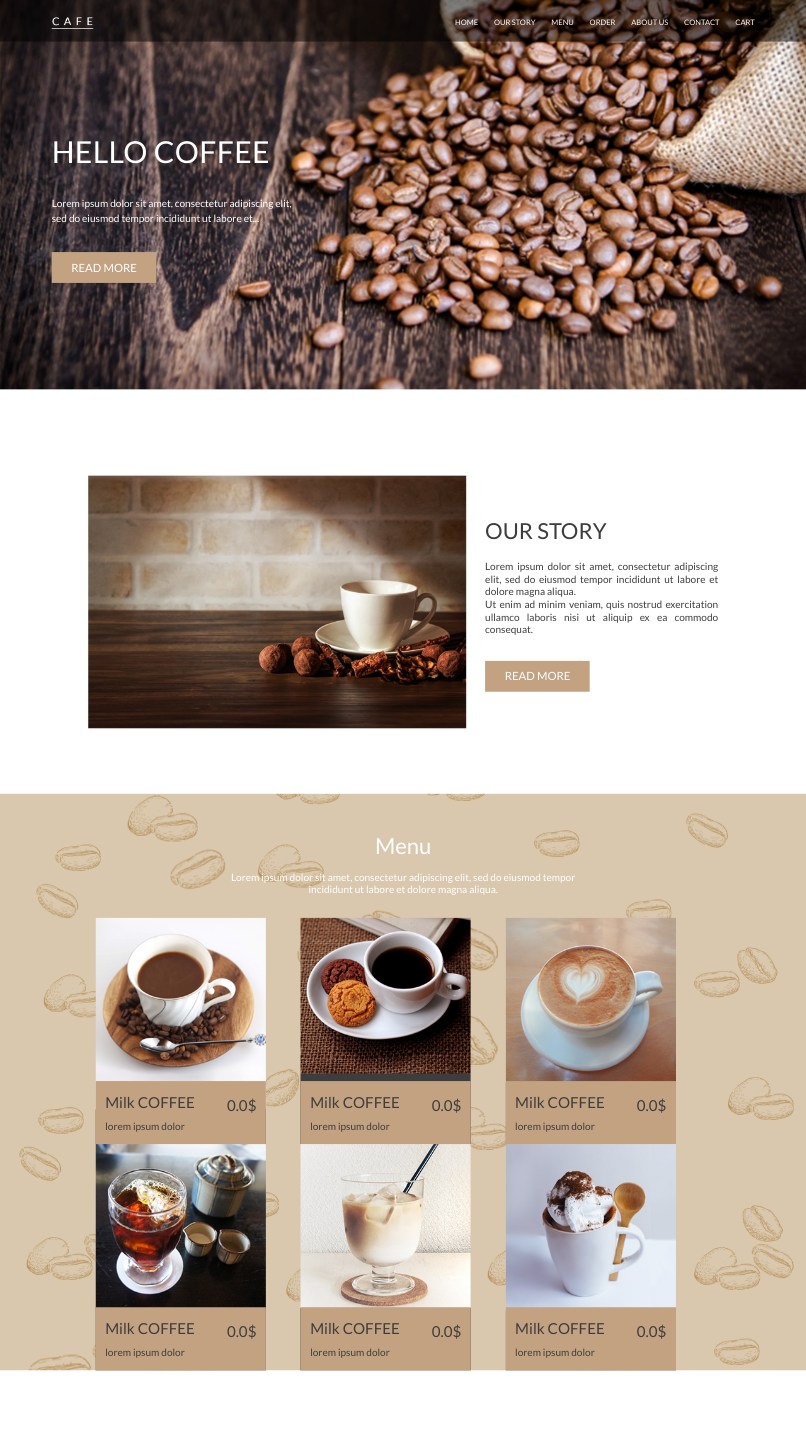
Repository: kuluong2000/coffe
Page: index.html
An editor plug-in stored every save of this project. The page is shown before and after the next save, followed by the edit.
The browser window is 1280 px wide. The pictures show the whole page, at 63% of full size.

Above is the page before, as saved 2021-10-04 21:58:12.

### index.html
<!DOCTYPE html>
<html lang="en">
  <head>
    <meta charset="UTF-8" />
    <meta http-equiv="X-UA-Compatible" content="IE=edge" />
    <meta name="viewport" content="width=device-width, initial-scale=1.0" />
    <link rel="stylesheet" href="./libs/css/bootstrap.min.css" />
    <link rel="stylesheet" href="./libs/css/animate.css" />
    <link rel="stylesheet" href="./libs/css/slick-theme.css" />
    <link rel="stylesheet" href="./libs/css/slick.css" />
    <link rel="stylesheet" href="./Assets/css/reset.css" />
    <link rel="stylesheet" href="./Assets/css/style.css" />
    <link rel="stylesheet" href="./Assets/css/responsive.css" />
    <title>Document</title>
  </head>
  <body>
    <header class="header">
      <div class="container">
        <div class="row">
          <div class="header-main">
            <div class="header-menu">
              <a href="#">
                <img src="./Assets/image/logo.png" alt="" srcset="" />
              </a>
            </div>
            <nav>
              <ul class="header-menu">
                <li class="header-menu-item"><a href="#" class="header-menu-link">Home</a></li>
                <li class="header-menu-item"><a href="#" class="header-menu-link">Our Story</a></li>
                <li class="header-menu-item"><a href="#" class="header-menu-link">Menu</a></li>
                <li class="header-menu-item"><a href="#" class="header-menu-link">Order</a></li>
                <li class="header-menu-item"><a href="#" class="header-menu-link">About Us</a></li>
                <li class="header-menu-item"><a href="#" class="header-menu-link">Contact</a></li>
                <li class="header-menu-item"><a href="#" class="header-menu-link">Cart</a></li>
              </ul>
            </nav>
          </div>
        </div>
      </div>
    </header>
    <main>
      <section class="banner">
        <div class="banner-img">
          <img src="./Assets/image/banner.jpg" alt="" srcset="" />
        </div>
        <div class="container">
          <div class="row">
            <div class="banner-main">
              <div class="banner-content">
                <h1 class="banner-heading">HELLO COFFEE</h1>
                <p class="banner-desc">Lorem ipsum dolor sit amet, consectetur adipiscing elit, sed do eiusmod tempor incididunt ut labore et...</p>
                <a href="#" class="btn"> Read More </a>
              </div>
            </div>
          </div>
        </div>
      </section>
      <section class="story">
        <div class="container">
          <div class="row">
            <div class="story-main">
              <div class="story-media">
                <div class="story-image">
                  <img src="./Assets/image/story.jpg" alt="" />
                </div>
              </div>
              <div class="story-info">
                <div class="story-title">Our Story</div>
                <p class="story-desc">
                  Lorem ipsum dolor sit amet, consectetur adipiscing elit, sed do eiusmod tempor incididunt ut labore et dolore magna aliqua.
                  <br />
                  Ut enim ad minim veniam, quis nostrud exercitation ullamco laboris nisi ut aliquip ex ea commodo consequat.
                </p>
                <a href="#" class="btn">Read More</a>
              </div>
            </div>
          </div>
        </div>
      </section>
      <section class="menu">
        <div class="container">
          <div class="row">
            <div class="menu-main">
              <div class="box">
                <h2 class="title menu-box-title">Menu</h2>
                <p class="desc menu-box-desc">Lorem ipsum dolor sit amet, consectetur adipiscing elit, sed do eiusmod tempor incididunt ut labore et dolore magna aliqua.</p>
              </div>
              <div class="menu-list">
                <div class="menu-item">
                  <div class="menu-item-image">
                    <img src="./Assets/image/menu_img1.jpg" alt="" />
                  </div>
                  <div class="menu-item-info">
                    <div class="menu-item-content">
                      <h2 class="menu-item-name">Milk COFFEE</h2>
                      <p class="menu-item-desc">lorem ipsum dolor</p>
                    </div>
                    <p class="menu-item-price">0.0$</p>
                  </div>
                </div>
                <div class="menu-item">
                  <div class="menu-item-image">
                    <img src="./Assets/image/menu_img2.jpg" alt="" />
                  </div>
                  <div class="menu-item-info">
                    <div class="menu-item-content">
                      <h2 class="menu-item-name">Milk COFFEE</h2>
                      <p class="menu-item-desc">lorem ipsum dolor</p>
                    </div>
                    <p class="menu-item-price">0.0$</p>
                  </div>
                </div>
                <div class="menu-item">
                  <div class="menu-item-image">
                    <img src="./Assets/image/menu_img3.jpg" alt="" />
                  </div>
                  <div class="menu-item-info">
                    <div class="menu-item-content">
                      <h2 class="menu-item-name">Milk COFFEE</h2>
                      <p class="menu-item-desc">lorem ipsum dolor</p>
                    </div>
                    <p class="menu-item-price">0.0$</p>
                  </div>
                </div>
                <div class="menu-item">
                  <div class="menu-item-image">
                    <img src="./Assets/image/menu_img4.jpg" alt="" />
                  </div>
                  <div class="menu-item-info">
                    <div class="menu-item-content">
                      <h2 class="menu-item-name">Milk COFFEE</h2>
                      <p class="menu-item-desc">lorem ipsum dolor</p>
                    </div>
                    <p class="menu-item-price">0.0$</p>
                  </div>
                </div>
                <div class="menu-item">
                  <div class="menu-item-image">
                    <img src="./Assets/image/menu_img5.jpg" alt="" />
                  </div>
                  <div class="menu-item-info">
                    <div class="menu-item-content">
                      <h2 class="menu-item-name">Milk COFFEE</h2>
                      <p class="menu-item-desc">lorem ipsum dolor</p>
                    </div>
                    <p class="menu-item-price">0.0$</p>
                  </div>
                </div>
                <div class="menu-item">
                  <div class="menu-item-image">
                    <img src="./Assets/image/menu_img6.jpg" alt="" />
                  </div>
                  <div class="menu-item-info">
                    <div class="menu-item-content">
                      <h2 class="menu-item-name">Milk COFFEE</h2>
                      <p class="menu-item-desc">lorem ipsum dolor</p>
                    </div>
                    <p class="menu-item-price">0.0$</p>
                  </div>
                </div>
              </div>
            </div>
          </div>
        </div>
      </section>
    </main>

    <script src="./libs/Js/jquery-3.5.1.slim.min.js"></script>
    <script src="./libs/Js/bootstrap.min.js"></script>
    <script src="./libs/Js/slick.min.js"></script>
    <script src="./libs/Js/wow.js"></script>
  </body>
</html>

### Assets/css/reset.css
html, body, div, span, applet, object, iframe,
h1, h2, h3, h4, h5, h6, p, blockquote, pre,
a, abbr, acronym, address, big, cite, code,
del, dfn, em, img, ins, kbd, q, s, samp,
small, strike, strong, sub, sup, tt, var,
b, u, i, center,
dl, dt, dd, ol, ul, li,
fieldset, form, label, legend,
table, caption, tbody, tfoot, thead, tr, th, td,
article, aside, canvas, details, embed,
figure, figcaption, footer, header, hgroup,
menu, nav, output, ruby, section, summary,
time, mark, audio, video {
	margin: 0;
	padding: 0;
	border: 0;
	font-size: 100%;
	vertical-align: baseline;
}
/* HTML5 display-role reset for older browsers */
article, aside, details, figcaption, figure,
footer, header, hgroup, menu, nav, section {
	display: block;
}
* {
	box-sizing: border-box;
}
body {
	line-height: 1;
  font-family: 'Muli', sans-serif;


  font-style: normal;
  font-weight: normal;
  font-size: 16px;
  line-height: 32px;
}
ol, ul {
	list-style: none;
}
blockquote, q {
	quotes: none;
}
blockquote:before, blockquote:after,
q:before, q:after {
	content: '';
	content: none;
}
table {
	border-collapse: collapse;
	border-spacing: 0;
}

img {
  max-width: 100%;
	vertical-align: bottom;
}
a {
	outline: none;
}

### Assets/css/style.css
@import url('https://fonts.googleapis.com/css2?family=Lato:ital,wght@0,400;0,700;0,900;1,300;1,400;1,700;1,900&display=swap');
body{
    font-family: 'Lato', sans-serif;
    font-size: 16px;
    line-height: 1.6;
    color: #3d3d3d;
    font-weight: 400;
}
.header{
    position: absolute;
    width: 100%;
    background-color: rgba(0,0,0 , 0.5);
    padding: 20px 0 20px;
    z-index: 99;
}
.header-main{
    display:flex;
    justify-content: space-between;
    align-items: center;
}
.header-menu{
    display:flex;
    justify-content: space-between;
    align-items: center;
}
.header-menu-item{
    list-style-type: none;
}
.header-menu-item:not(:first-child){
    margin-left: 25px;
}
.header-menu-link{
    position: relative;
    color: white;
    text-transform: uppercase;
    text-decoration: none;
    font-size: 12px;
    padding-bottom: 7px;

}
.header-menu-link::before{
    content: '';
    position: absolute;
    bottom: 0;
    left:  0;
    height: 2px;
    width: 100%;
    background-color: #c3a281;
    transform: scale(0);
    transition: 0.5s;
    transform-origin: right;
}
.header-menu-link:hover,
.header-menu-link:hover::before{
    color: #c3a281;
    transform: scale(1);
}
.banner{
    position: relative;
    min-height: 660px;
}
.banner-img{
    position: relative;
    z-index: -1;
    object-fit: cover;
    width: 100%;
}
.banner-img img{
    width: 100%;
}

.banner-main{
    position: absolute;
    left: auto;
    top: 50%;
    transform: translateY(-50%);
    color: white;
    width: max-content;

}

.banner-heading{
    font-weight: 400;
    font-size: 48px;
    letter-spacing: 0.5px;
    margin-bottom: 40px;
}
.banner-desc{
    width: 390px;
    margin-bottom: 40px;
}
.btn{
    font-size: 18px;
    color: white;
    font-weight: 400;
    padding: 10px 30px;
    background-color: #c3a281;
    border-radius: 0%;
    text-transform: uppercase;
}
.btn:hover{
    color: white;
}
.story{
    padding-top: 95px;
    min-height: 600px;
}
.story-main{
    display:flex;
    padding: 0 70px;
    align-items: center;
}
.story-media{
    position: relative;
}
.story-icon-play{
    position: absolute;
    top: 50%;
    left: 50%;
    transform:translate(-50%,-50%);
}
.story-image{
    min-width: 600px;
    height: 100%;
    object-fit: cover;
}
.story-image img{
    width: 100%;
    height: 100%;
}
.story-info{
    margin-left: 30px;
}
.story-title{
    font-size: 35px;
    margin-bottom: 20px;
    text-transform: uppercase;
}
.story-desc{
    text-align: justify;
    margin-bottom: 40px;
    line-height: 20px;
}
.menu{
    margin-bottom: 100px;
    background: url(/Assets/image/menu_bg.png) no-repeat center / cover;
}
.box{
    padding-top: 60px;
    margin: 0 auto;
    width: 100%;
    max-width: 570px;
    text-align: center  ;
}
.title{
    font-size: 35px;
    margin-bottom: 20px;
    color: white;
}
.desc{
    line-height: 20px;
    color: white;
    margin-bottom: 35px;
}
.menu-list{
    /* display: grid;
    grid-template-columns: repeat(3,1fr);
    grid-gap: 80px 110px; */
    display: flex;
    flex-wrap: wrap;
    padding: 0 70px;



}

.menu-item{
    width: calc((100% ) /3);

    position: relative;

}
.menu-item:hover .menu-item-info{
    height: 130px;
    background-color: #3d3d3d;
    color: #c3a281;
}
.menu-item:hover .menu-item-price{
    display: none;
}
.menu-item:hover .menu-item-name{
    border-bottom: 2px solid #c3a281;
}
.menu-item-info{
    display: flex;
    justify-content: space-between;
    background-color: #c3a281;
    padding: 20px 15px;
    width: 270px;
    height: 100px;
    position: absolute;
    bottom: 0;
    left: 0;
    transition: all 0.5s ease;
}

.menu-item-name{
    font-size: 24px;
    margin-bottom: 10px;
}
.menu-item-price{
    font-size: 24px;
}

### Assets/css/responsive.css
@media (min-width:1400px){
    .container{
        max-width: 1170px;
    }
}

Loaded but not shown: libs/css/bootstrap.min.css (library); libs/css/animate.css (library); libs/css/slick-theme.css (library); libs/css/slick.css (common file); libs/Js/jquery-3.5.1.slim.min.js (library); libs/Js/bootstrap.min.js (library); libs/Js/slick.min.js (library); libs/Js/wow.js (library)

After the next save:
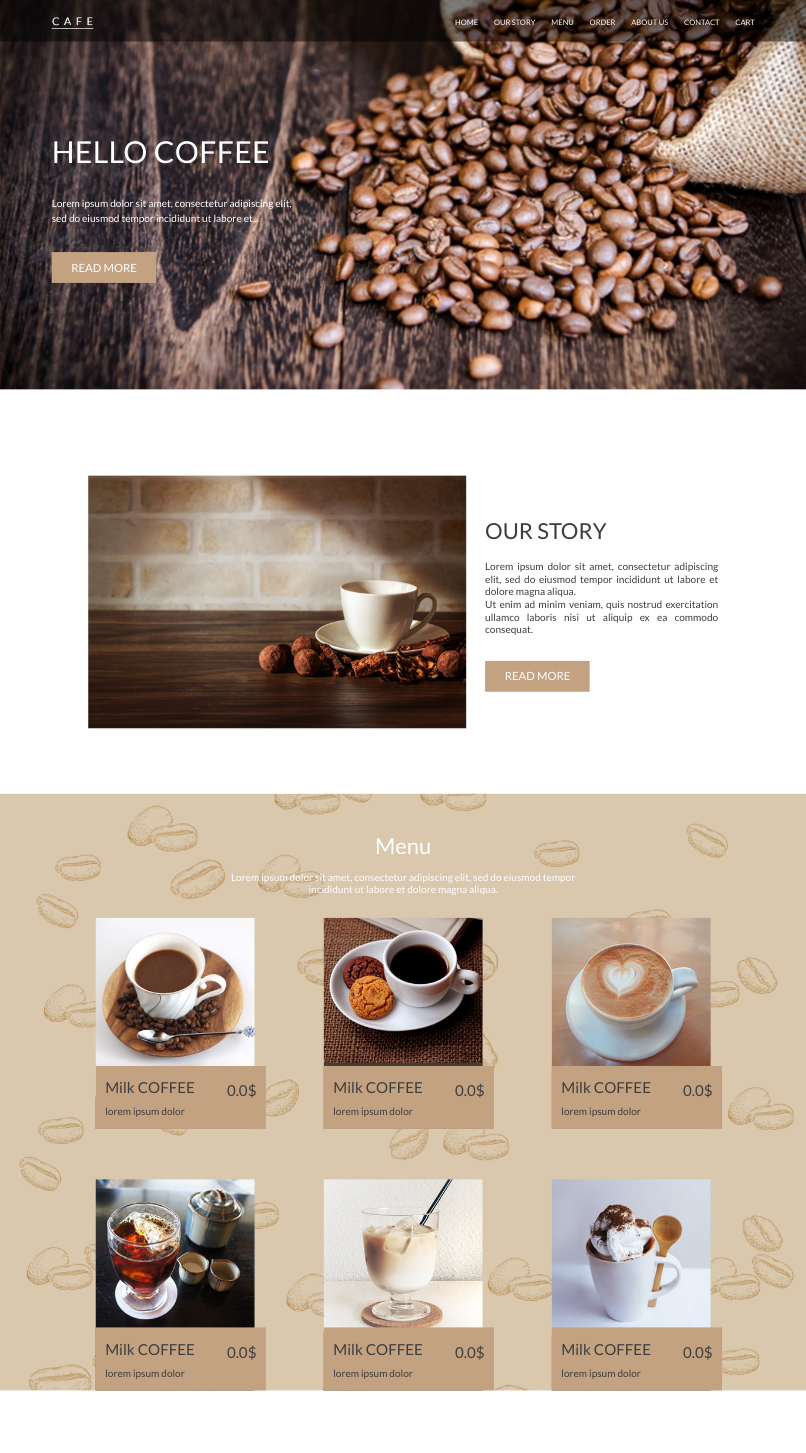
Saved 33 s later.
--- a/Assets/css/style.css
+++ b/Assets/css/style.css
@@ -163,11 +163,11 @@ body{
     margin-bottom: 35px;
 }
 .menu-list{
-    /* display: grid;
+    display: grid;
     grid-template-columns: repeat(3,1fr);
-    grid-gap: 80px 110px; */
-    display: flex;
-    flex-wrap: wrap;
+    grid-gap: 80px 110px;
+    /* display: flex;
+    flex-wrap: wrap; */
     padding: 0 70px;
 
 
@@ -175,7 +175,7 @@ body{
 }
 
 .menu-item{
-    width: calc((100% ) /3);
+    /* width: calc((100% ) /3); */
 
     position: relative;
 
